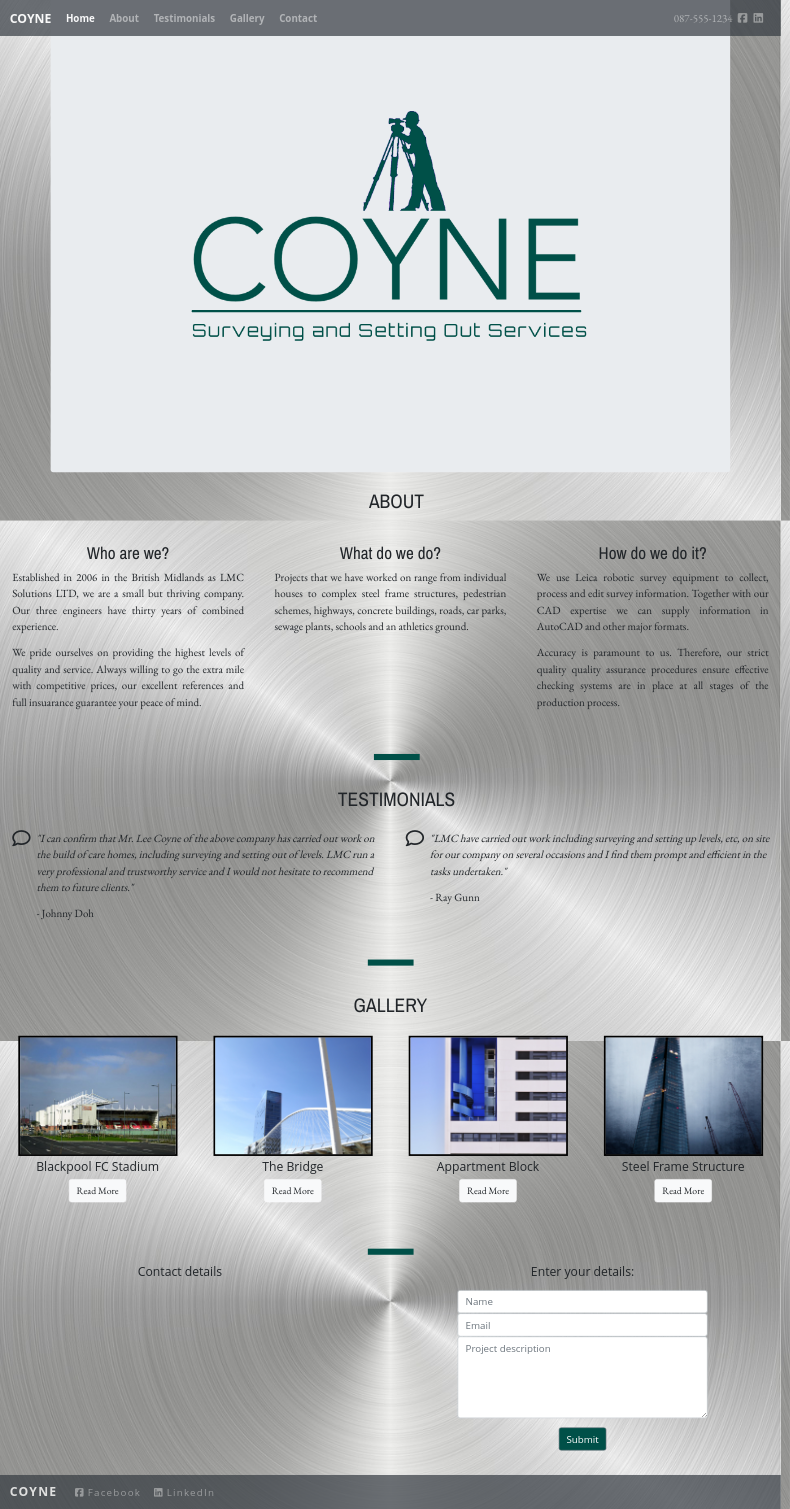
Repository: Leo-Cullen/first-milestone-project
Page: index.html
The author's editor kept a record of every edit. The page is drawn from the files as they stood at one moment, then again after the next edit.
The browser window is 1280 px wide. The page is 1295 px wide, so the pictures cover 1295 px, including what lies to the right of the window. The pictures show the whole page, at 61% of full size.
Backgrounds fixed to the window are drawn as part of the page. Some web libraries are served in a nearby version.

Above is the page before.

### index.html
<!DOCTYPE html>
<html lang="en">

<head>
    <meta charset="UTF-8">
    <meta name="viewport" content="width=device-width, initial-scale=1.0">
    <meta http-equiv="X-UA-Compatible" content="ie=edge">
    <link rel="stylesheet" href="https://stackpath.bootstrapcdn.com/bootstrap/4.3.1/css/bootstrap.min.css" integrity="sha384-ggOyR0iXCbMQv3Xipma34MD+dH/1fQ784/j6cY/iJTQUOhcWr7x9JvoRxT2MZw1T" crossorigin="anonymous">
    <link href="https://fonts.googleapis.com/css?family=Archivo+Narrow|EB+Garamond&display=swap" rel="stylesheet">
    <link rel="stylesheet" href="assets/css/style.css" type="text/css" />
    <title>Coyne | Surveying and setting out services</title>
    <script src="https://kit.fontawesome.com/c525f812d6.js"></script>
</head>

<body>

    <nav class="navbar top-navbar navbar-expand-sm navbar-dark bg-dark fixed-top">
        <a class="navbar-brand" href="#"> COYNE </a>

        <button class="navbar-toggler" type="button" data-toggle="collapse" data-target="#navbarNav" aria-controls="navbarNav" aria-expanded="false" aria-label="Toggle navigation">
            <span class="navbar-toggler-icon"></span>
        </button>
        <div class="collapse navbar-collapse" id="navbarNav">
            <ul class="navbar-nav mr-auto">
                <li class="nav-item active">
                    <a class="active nav-link mr-2" href="#">Home <span class="sr-only">(current)</span></a>
                </li>
                <li class="nav-item mr-2">
                    <a class="nav-link" href="#about">About</a>
                </li>
                <li class="nav-item mr-2">
                    <a class="nav-link" href="#testimonials">Testimonials</a>
                </li>
                <li class="nav-item mr-2">
                    <a class="nav-link" href="#gallery-anchor">Gallery</a>
                </li>
                <li class="nav-item mr-2">
                    <a class="nav-link" href="#contact">Contact</a>
                </li>
            </ul>
            <div class="d-none d-md-block">
                <p class="navbar-text my-auto mr-2">087-555-1234 <i class="fab fa-facebook-square icon"></i><i class="fab fa-linkedin icon"></i></p>
            </div>
        </div>
    </nav>

    <div class="container-fluid  splash-container">
        <div class="row">
            <div class="col-12">
               <section class="splash jumbotron">
                    <img src="assets/images/coyne-logo.png" width="100%" height="100%" style="margin-top:100px" />
                    <!--  -->
                </section>
            </div>
        </div>
    </div>

    <div class="container-fluid about-container content-container">
        <!-- About section -->
        <hr id="about" />
        <section class="about-section">
            <div class="row">
                <div class="col-12 page-header">
                    <h2 class="text-uppercase section-heading">About</h2>
                </div>
            </div>
            <div class="row">
                <div class="col-12 col-md-6 col-lg-4">
                    <div class="about-col">
                        <h3 class="about-heading">Who are we?</h3>
                        <p>Established in 2006 in the British Midlands as LMC Solutions LTD, we are a small but thriving company. Our three engineers have thirty years of combined experience.</p>
                        <p>We pride ourselves on providing the highest levels of quality and service. Always willing to go the extra mile with competitive prices, our excellent references and full insuarance guarantee your peace of mind.</p>
                    </div>
                </div>
                <div class="col-12 col-md-6 col-lg-4">
                    <div class="about-col">
                        <h3 class="about-heading">What do we do?</h3>
                        <p>Projects that we have worked on range from individual houses to complex steel frame structures, pedestrian schemes, highways, concrete buildings, roads, car parks, sewage plants, schools and an athletics ground.</p>
                    </div>
                </div>
                <div class="col-12 col-md-6 col-lg-4">
                    <div class="about-col">
                        <h3 class="about-heading">How do we do it?</h3>
                        <p>We use Leica robotic survey equipment to collect, process and edit survey information. Together with our CAD expertise we can supply information in AutoCAD and other major formats.</p>
                        <p>Accuracy is paramount to us. Therefore, our strict quality quality assurance procedures ensure effective checking systems are in place at all stages of the production process.</p>
                    </div>
                </div>
            </div>
        </section>
        <!-- / About section -->
    </div>
    <!-- / About container -->

    <div class="container-fluid testimonials-container content-container">
        <!-- Testimonials section -->
        <hr id="testimonials" />
        <section class="testimonials">
            <div class="row">
                <div class="col-12 page-header">
                    <h2 class="text-uppercase section-heading">Testimonials</h2>
                </div>
            </div>
            <div class="row">
                <div class="col-12 col-md-6">
                    <div class="media">
                        <i class="far fa-comment" class="mr-3"></i>
                        <blockquote class="blockquote">
                            <p class="quote">"I can confirm that Mr. Lee Coyne of the above company has carried out work on the build of care homes, including surveying and setting out of levels. LMC run a very professional and trustworthy service and I would not hesitate
                                to recommend them to future clients."</p>
                            <p>- Johnny Doh</p>
                        </blockquote>
                    </div>
                </div>
                <div class="col-12 col-md-6">
                    <div class="media">
                        <i class="far fa-comment" class="mr-3"></i>
                        <blockquote class="blockquote">
                            <p class="quote">"LMC have carried out work including surveying and setting up levels, etc, on site for our company on several occasions and I find them prompt and efficient in the tasks undertaken."</p>
                            <p>- Ray Gunn</p>
                        </blockquote>
                    </div>
                </div>
            </div>
        </section>
        <!-- / Testimonials section -->
    </div>
    <!-- / Testimonials container -->

    <!-- Gallery container -->
    <div class="container-fluid gallery-container content-container">
        <hr id="gallery-anchor" />
        <section class="gallery">
            <div class="row">
                <div class="col-12 page-header">
                    <h2 class="text-uppercase section-heading">Gallery</h2>
                </div>
            </div>
            <div class="row">
                <div class="col-md-6 col-xl-3">
                    <img class="img-responsive" src="assets/images/blackpool-fc.jpg" />
                    <h5>Blackpool FC Stadium</h5>
                    <p><a class="btn btn-small btn-light" href="#">Read More</a></p>
                </div>
                <div class="col-md-6 col-xl-3">
                    <img class="img-responsive" src="assets/images/bridge-640x480.jpg" />
                    <h5>The Bridge</h5>
                    <p><a class="btn btn-small btn-light" href="#">Read More</a></p>
                </div>
                <div class="col-md-6 col-xl-3">
                    <img class="img-responsive" src="assets/images/appartments-640x480.jpg" />
                    <h5>Appartment Block</h5>
                    <p><a class="btn btn-small btn-light" href="#">Read More</a></p>
                </div>
                <div class="col-md-6 col-xl-3">
                    <img class="img-responsive" src="assets/images/skyscraper-640x480.jpg" />
                    <h5>Steel Frame Structure</h5>
                    <p><a class="btn btn-small btn-light" href="#">Read More</a></p>
                </div>
            </div>
        </section>
    </div>
    <!-- / Gallery container -->

    <!-- Contact container -->
    <div class="container-fluid contact-container content-container">
        <hr id="contact" />
        <section class="contact-section">
        <div class="row bg-color-contact">
            <div class="row">

            </div>
            <div class="col">
                <h5 class="uppercase text-center">Contact details</h5>
            </div>
            <div class="col">

                <h5 class="uppercase text-center">Enter your details:</h5>

                <div class="center-form">
                    <form>
                        <input type="text" name="name" id="fullname" class="form-control" placeholder="Name" required />
                        <input type="email" name="email" id="emailaddress" class="form-control" placeholder="Email" required />
                        <textarea rows="5" name="projectsummary" id="projectsummary" class="form-control" placeholder="Project description" required></textarea>
                        <div class="form-row text-center">
                            <div class="col">
                                <button type="submit" class="btn btn-secondary">Submit</button>
                            </div>
                        </div>
                    </form>
                </div>

            </div>
        </div>

    </section>
    </div>
    <!-- / Contact container -->

    <!-- Footer -->
    <nav class="navbar bottom-navbar navbar-expand-sm navbar-dark bg-dark">
        <a class="navbar-brand" href="#">COYNE</a>

        <ul class="navbar-nav mr-auto">
            <li class="nav-item">
                <a class="nav-link" href="#"><i class="fab fa-facebook-square icon"></i>Facebook</a>
            </li>
            <li class="nav-item">
                <a class="nav-link" href="#"><i class="fab fa-linkedin icon"></i>LinkedIn</a>
            </li>
            <li class="nav-item">
                <a class="nav-link disabled" href="#"></a>
            </li>
        </ul>
    </nav>
    <!-- / Footer -->

    <script src="https://code.jquery.com/jquery-3.3.1.slim.min.js" integrity="sha384-q8i/X+965DzO0rT7abK41JStQIAqVgRVzpbzo5smXKp4YfRvH+8abtTE1Pi6jizo" crossorigin="anonymous"></script>
    <script src="https://cdnjs.cloudflare.com/ajax/libs/popper.js/1.14.7/umd/popper.min.js" integrity="sha384-UO2eT0CpHqdSJQ6hJty5KVphtPhzWj9WO1clHTMGa3JDZwrnQq4sF86dIHNDz0W1" crossorigin="anonymous"></script>
    <script src="https://stackpath.bootstrapcdn.com/bootstrap/4.3.1/js/bootstrap.min.js" integrity="sha384-JjSmVgyd0p3pXB1rRibZUAYoIIy6OrQ6VrjIEaFf/nJGzIxFDsf4x0xIM+B07jRM" crossorigin="anonymous"></script>

</body>

</html>

### assets/css/style.css
body {
    font-family: "Open Sans", sans-serif;
    background: url(../images/circular-metal-960x720.jpg) no-repeat center center fixed;
    -webkit-background-size: cover;
    -moz-background-size: cover;
    -o-background-size: cover;
    background-size: cover;

    /* margin: 0px; */
    overflow-x: hidden; /* remove horizontal scrollbar */
}

h1,h2,h3 {
    font-family: 'Archivo Narrow', sans-serif;
}

p {
    font-family: 'EB Garamond', serif;
    font-size: large;
}

.icon {
    margin: 0 5px 0;
}

/*------------------------------------------------------------------- navbar */

.navbar {
    opacity: 0.7;
}

.navbar-brand {
    font-weight: bold;
}

.top-navbar a {
    font-weight: bold;
}

.navbar-toggler {
    background-color: #005048;
}

/*-------------------------------------------------------------------general styles */

.page-header {
    margin-top: 0;
    margin-bottom: 0;
    text-align: center;
}

.page-header h2 {
    margin-top: 30px;
    margin-bottom: 30px;
}

hr {
    width: 75px;
    height: 10px;
    border: 0;
    background-color: #005048; /* dark green */
}

.section-heading {
    text-align: center;
}

.content-container {
    margin-bottom: 20px;
}

/*------------------------------------------------------------------- splash */

.splash-container {
     height: 100vh;
    display: flex;
    align-items: center;
    justify-content: center;
    position: relative;
}


.jumbotron {
   * background-color: transparent;
   margin: 0;
}

/*------------------------------------------------------------------- about */

.about-container {
    margin-top: 00px;
    margin-left: 10px;
    margin-right: 10px;
    padding: 10px;
}

.about-col {
    padding-top: 20px;
    padding-right: 20px;
}

.about-heading {
    text-align: center;
}

.about-col p {
    text-align: justify;
}

/*-------------------------------------------------------------------testimonials */

.testimonials-container {
    margin-top: 20px;
    margin-right: 10px;
    margin-left: 10px;
    padding: 10px;
}

.quote {
    font-style: italic;
}

.testimonials i {
    font-size: 30px;
    margin-right: 10px;
}

/*-------------------------------------------------------------------gallery */

.gallery-container {
    text-align: center;
}

.gallery-container img {
    border: solid 3px #000;
}

.gallery-container h5 {
    padding-top: 6px;
}

.gallery-container p {
    margin-bottom: 30px;
}

/*-------------------------------------------------------------------contact */

.contact-container {
    padding: 10px;
    text-align: center;
    padding-bottom: 0;
}

.img-responsive {
    max-width: 90%;
}

.contact-container i {
    font-size: 20px;
}

.contact-container p {
    font-size: 24px;
    letter-spacing: 2px;
}

.center-form {
    padding-top: 10px;
    margin: 0 auto;
    max-width: 65%;
}

button[type="submit"] {
    margin-top: 15px;
    margin-bottom: 20px;
    background-color: #005048;
}

.bottom-navbar {
    margin: 0;
    letter-spacing: 2px;
}

After the next edit:
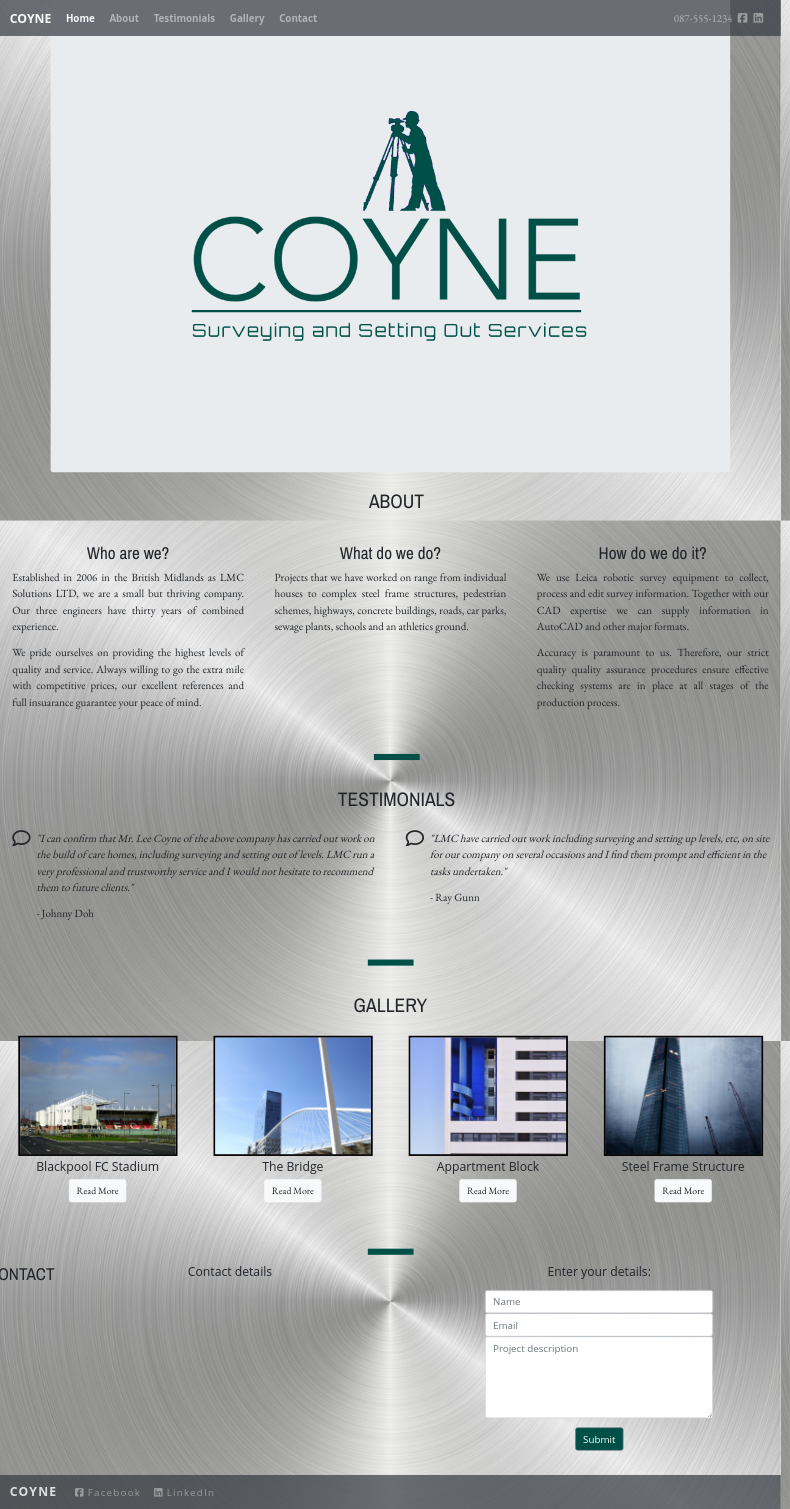
The edit:
--- a/index.html
+++ b/index.html
@@ -167,7 +167,7 @@
         <section class="contact-section">
         <div class="row bg-color-contact">
             <div class="row">
-
+                <h3 class="contact-heading uppercase text-center">CONTACT</h3>
             </div>
             <div class="col">
                 <h5 class="uppercase text-center">Contact details</h5>
